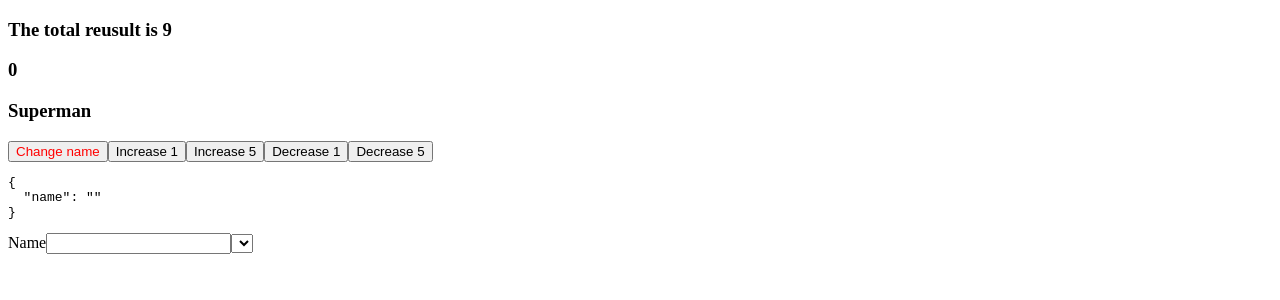
Repository: KZH2001/Vue_Practice
Page: / (app in Tutorial/)
The author's editor kept a copy of each file at every save. The page is drawn from the files as they stood at one save, then again after a run of saves.
The browser window is 1280 px wide. The pictures show the whole page.
The project was rebuilt for these pictures with package versions that can differ from the ones it lists, and the page was loaded fresh each time. Also part of the build but not shown: Tutorial/vite.config.js.

Above is the page before, as saved 2026-01-19 22:51:25.

After the next 2 saves:
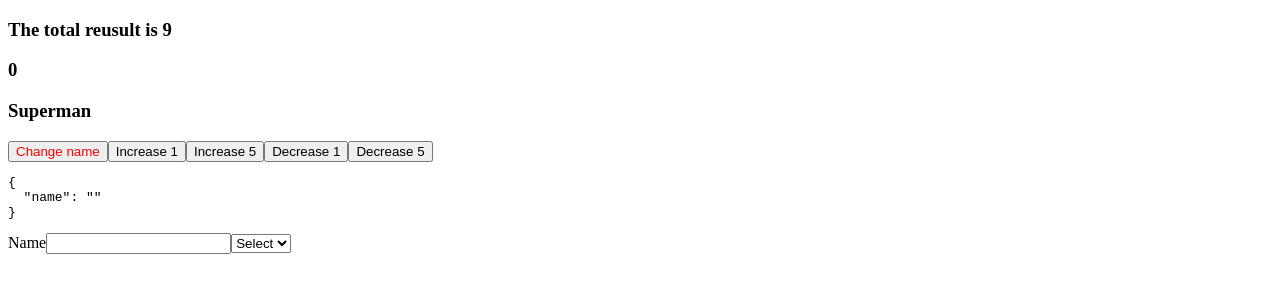
The 2 saves are shown as one change because they came seconds apart.
The last was saved 8 s later.
--- a/Tutorial/src/App.vue
+++ b/Tutorial/src/App.vue
@@ -18,7 +18,9 @@
     <label for="name">Name</label>
     <input v-model="formValues.name" id="name" type="text">
 
-    <select name="" id=""></select>
+    <select name="" id="">
+      <option value="">Select </option>
+    </select>
   </form>
   </template>
 
